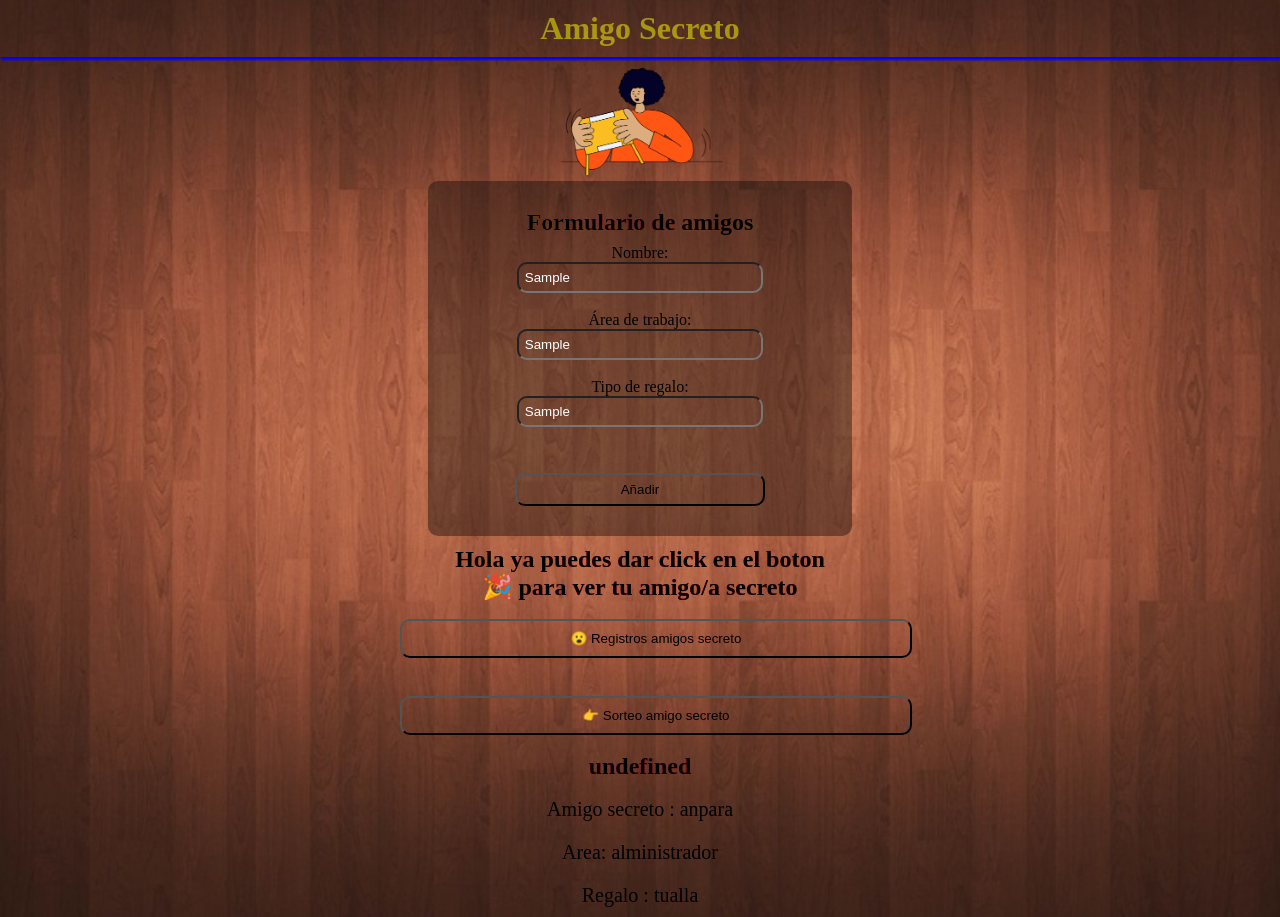
Repository: ye909/secreto
Page: index.html
An editor plug-in stored every save of this project. The page is shown before and after the next save, followed by the edit.
The browser window is 1280 px wide. The pictures show the whole page.
Empty fields were first filled with sample values (such as "Sample", 5 or name@example.com).
After loading, the first visible `#verResgistrados` was clicked once.
Backgrounds fixed to the window are drawn as part of the page.

Above is the page before, as saved 2025-01-25 10:05:39.

### index.html
<!DOCTYPE html>
<html lang="es">

<head>
    <meta charset="UTF-8">
    <meta name="viewport" content="width=device-width, initial-scale=1.0">
    <title>Amigo Secreto</title>
    <link rel="stylesheet" href="./css/style.css">

<body>
    <main class="main-content" id="main-content">
        <header class="header-banner">
            <h1 class="title">Amigo Secreto</h1>
            <img src="./imagenes/amigosecreto.png" alt="Imagen representativa de amigo secreto">
        </header>

        <section class="container" id="container">
            <h2 class="title">Formulario de amigos</h2>

            <form id="formularioAmigo" class="form-inputs">
                <label for="nombre">Nombre:</label><br>
                <input type="text" id="nombre" class="input-name" placeholder="Escribe su nombre"><br><br>

                <label for="areaTrabajo">Área de trabajo:</label><br>
                <input type="text" id="areaTrabajo" class="input-area" placeholder="Escribe el área de trabajo"><br><br>

                <label for="tipoRegalo">Tipo de regalo:</label><br>
                <input type="text" id="tipoRegalo" class="input-regalo" placeholder="Escribe el tipo de regalo"><br><br>
                <span id="mensaje"></span>
                <br>
                <button class="button-add" id="button-add">Añadir</button>
            </form>


        </section>




    </main>
    <div class="containerbtnsorteo" id="containerbtnsorteo">
        <h2>Hola ya puedes dar click en el boton <br>🎉 para ver tu amigo/a secreto </h2>
        <button id="verResgistrados">😮 Registros amigos secreto</button>
        <br><br>

        <button class="sorteo" id="sorteo"> 👉 Sorteo amigo secreto</button>

    </div>



    <div class="datos_amigo" id="datos_amigo">
        <h2 id="info_datos"></h2>

    </div>

    <script src="./js/amigos.js"></script>
    <script src="./js/script.js"></script>
    <script src=" https://cdn.jsdelivr.net/npm/canvas-confetti@1.9.3/dist/confetti.browser.min.js "> </script>
    </head>
</body>

</html>

### css/style.css
* {
    padding: 0%;
    margin: 0;
    transition: all;
  }
  html {
    background-image: url(../imagenes/fondocard.jpg);
    background-size: cover;
    background-repeat: no-repeat;
    background-attachment: fixed;
    width: 100%;
    height: 100%;
  }

  .main-content {
    text-align: center;
  }
  .header-banner img {
    width: 15%;
  }



  .container {
    margin: 2px auto;
      width: 30%;
      background-color: rgba(6, 6, 6, 0.4);
      border-radius: 10px;
      padding: 20px;
  /* display: none; */
  }
  input {
    width:60%;
    padding: 6px;
    border-radius: 10px;
    background: transparent;
    color: white;
  }
  input:hover {
    color: black;

  }

  button {
    background-color: transparent;
    width:65%;
    justify-content: center;
    padding: 7px;
    border-radius: 10px;
    margin: 10px;

  }
  button:hover{
      background: blue;
      border: none;
      box-shadow: blue 2px 2px 2px 3px, blue 2px 2px 2px 3px, blue 2px 3px 3px 3px,
        blue 2px 2px 2px 3px;
  transition: 2s;
  }

  h1{
    text-align: center;
  padding: 10px;
  box-shadow: blue 2px 2px 2px 1px;
  color:rgba(255, 255, 0, 0.501);
  }
  h2{
      background-image:linear-gradient(to left,green, red, rgb(248, 244, 7));
      -webkit-animation-fill-color:transparent ;
      -webkit-background-clip: text;
      background-clip: text;
      padding: 8px;
      font-weight: bold;
      text-align: center;

  }


  /* .datos_amigo {

      display: none
    } */
    /* .containerbtnsorteo{


      display:none;

    } */
    .containerbtnsorteo button{
      width: 40%;
    margin-left: 400px;
    padding: 10px;
    cursor: pointer;
    }
    p{
      font-size: 20px;
      text-align: center;
      padding: 10px;
    }
    span {
      font-size: 15px;
      color: red;
    }

### js/amigos.js
const amigos=[{
    nombre: "Juan",
    area:"logistica ",
    regalo:"zapatillas"

},
{
    nombre: "daniel",
      area:"recursos ",
      regalo:"reloj"
},
{
nombre:"anpara",
    area:"alministrador",
     regalo:"tualla"
},
{
    nombre: "Paola",
     area:"marketing ",
    regalo:"sudadera"
},
{
    nombre: "Pedro",
     area:"finansas",
    regalo:"libro"
}]


const verResgistrados=document.getElementById("verResgistrados")
verResgistrados.addEventListener("click",(e) =>{
 e.preventDefault()

 info_datos.innerHTML=amigos.nombre

 })
function seleccionarAmigoAleatorio(amigos) {


    const indiceAleatorio = Math.floor(Math.random() * amigos.length);
      return amigos[indiceAleatorio];
    }

    const amigoSeleccionado = seleccionarAmigoAleatorio(amigos);



    const nombrealeatoria = document.createElement("p");
    nombrealeatoria .textContent = `Amigo secreto :  ${  amigoSeleccionado.nombre} `;

    const arealeatoria = document.createElement("p");
    arealeatoria .textContent = `Area:  ${amigoSeleccionado.area} `;

    const regaloaleatoria = document.createElement("p");
    regaloaleatoria .textContent = `Regalo : ${amigoSeleccionado.regalo} `;

    datos_amigo.appendChild(nombrealeatoria );
     datos_amigo.appendChild(arealeatoria );
       datos_amigo.appendChild( regaloaleatoria );

### js/script.js


const container = document.getElementById("container");
const containerbtnsorteo = document.getElementById("containerbtnsorteo");

 const formularioAmigo = document.getElementById("formularioAmigo");

 const datos_amigo =document.getElementById("datos_amigo")
const info_datos = document.getElementById("info_datos")
formularioAmigo.addEventListener("submit", (event) => {
  event.preventDefault(); // Evita que el formulario se envíe (si se trata de un formulario)


  const nombre = document.getElementById("nombre").value;
  const areaTrabajo = document.getElementById("areaTrabajo").value;
  const tipoRegalo = document.getElementById("tipoRegalo").value;
            // Crear un nuevo objeto amigo
            const nuevoAmigo = {
              nombre: nombre,
              area: areaTrabajo,
              regalo: tipoRegalo
          };

          // Añadir el nuevo amigo al array
          amigos.push(nuevoAmigo);


  if (nombre == "" ) {
    const mensaje = document.getElementById("mensaje");
    mensaje.innerHTML = "Por favor ingrese su nombre";


  }else{
    const titulo_data = document.createElement("p");
    titulo_data.innerHTML = ` BIENVENIDOS/A  <br> ${nombre}  `;
    info_datos.append(titulo_data);
    if (container) {
      container.style.display = "none";
      containerbtnsorteo.style.display = "inline";


    }
  }

//   if (areaTrabajo) {

//     const titulo_data = document.createElement("p");
//     titulo_data.innerHTML = `Del area  de trabajo <br> ${areaTrabajo} `;
//     info_datos.append(titulo_data);

//    }
//   if (tipoRegalo) {
//   const Regalo = document.createElement("p");
//   Regalo.innerHTML = `Tu regalo  ${tipoRegalo} <br> para el amigo  `;
//   info_datos.append(Regalo);
// ;
//   }
//    if (nombre) {

//     const titulo_data = document.createElement("p");
//     titulo_data.innerHTML = ` ${nombre} <br> Te queremos felisitar por aser parte de esta actibidad <br>  por eso un te informamos cual es tu `;
//     info_datos.append(titulo_data);

//    }



//
// verResgistrados.addEventListener("click", () => {
//  datos_amigo.innerHTML=nuevoAmigo
//  alert(datos_amigo.nombre)
// } )

 });


 const sorteo = document.getElementById("sorteo");

 // Agrega un evento al hacer clic en el botón
 sorteo.addEventListener("click", () => {

 var end = Date.now() + (15 * 1000);

 // go Buckeyes!
 var colors = ['#bb0000', '#ffffff'];

 (function frame() {
   confetti({
     particleCount: 2,
     angle: 60,
     spread: 55,
     origin: { x: 0 },
     colors: colors
   });
   confetti({
     particleCount: 2,
     angle: 120,
     spread: 55,
     origin: { x: 1 },
     colors: colors
   });

   if (Date.now() < end) {
     requestAnimationFrame(frame);
   }
 }());
 datos_amigo.style.display = "inline";
 containerbtnsorteo.style.display = "none";
 });

After the next save:
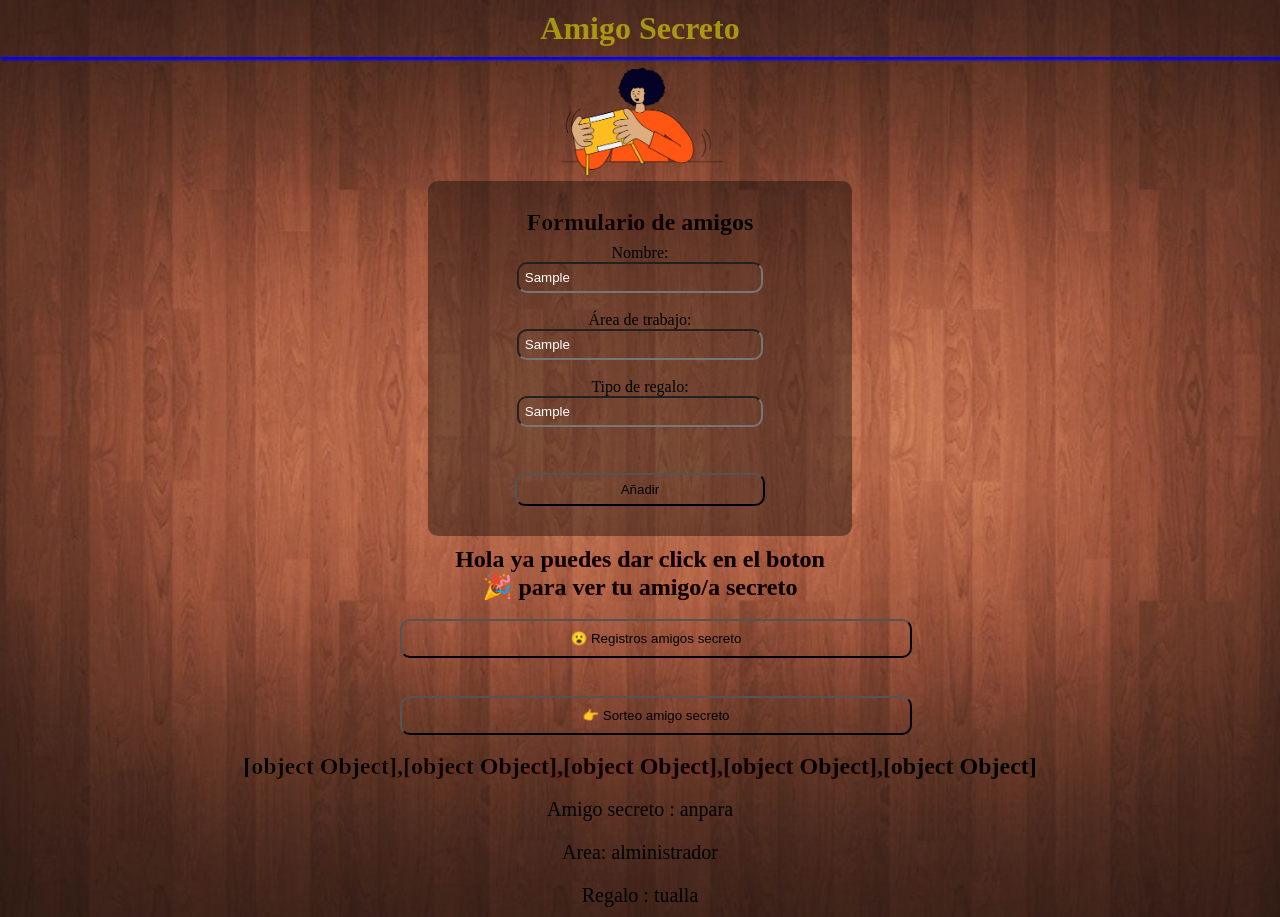
Saved 37 s later.
--- a/js/amigos.js
+++ b/js/amigos.js
@@ -30,7 +30,7 @@ const verResgistrados=document.getElementById("verResgistrados")
 verResgistrados.addEventListener("click",(e) =>{
  e.preventDefault()
 
- info_datos.innerHTML=amigos.nombre
+ info_datos.innerHTML=amigos
 
  })
 function seleccionarAmigoAleatorio(amigos) {
